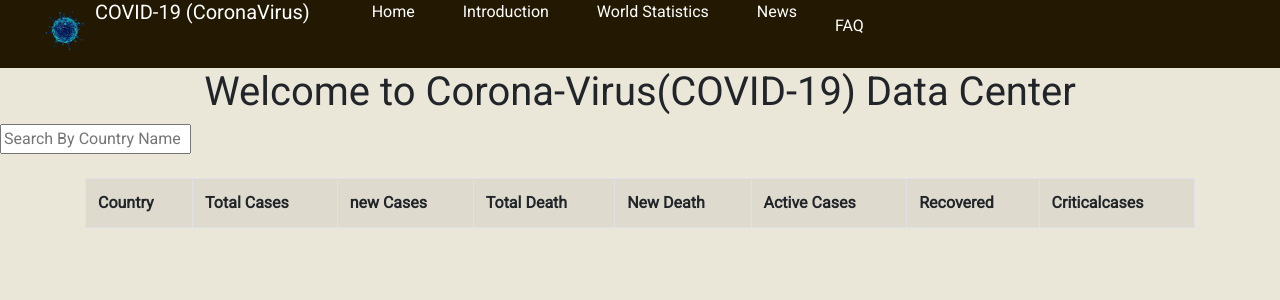
Repository: xthashankar/COVID-19-data-
Page: index.html
An editor plug-in stored every save of this project. The page is shown before and after the next save, followed by the edit.
The browser window is 1280 px wide. The pictures show the whole page.
The page's requests for data from a server got no answer.

Above is the page before, as saved 2020-04-14 16:55:23.

After the next save:
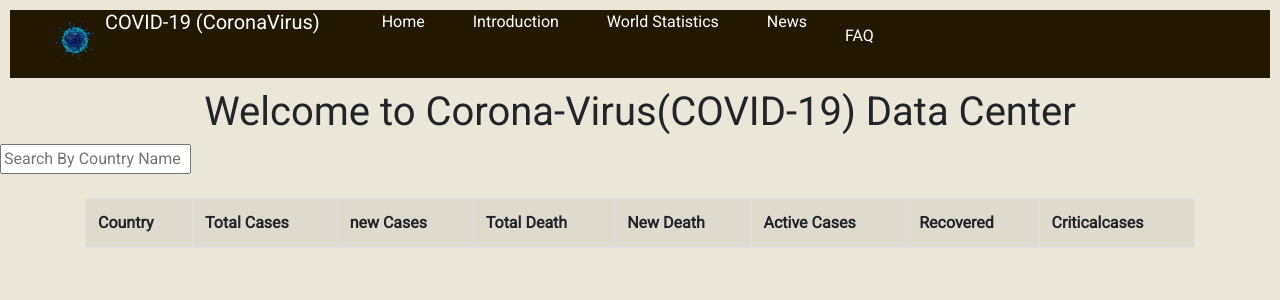
Saved 4 s later.
--- a/css/nqa.css
+++ b/css/nqa.css
@@ -9,7 +9,7 @@ body {
 
 .nav {
 	list-style-type: none;
-	margin: 10;
+	margin: 10px;
 	padding:1 0;
 	overflow: hidden;
 	background-color: #231903;
